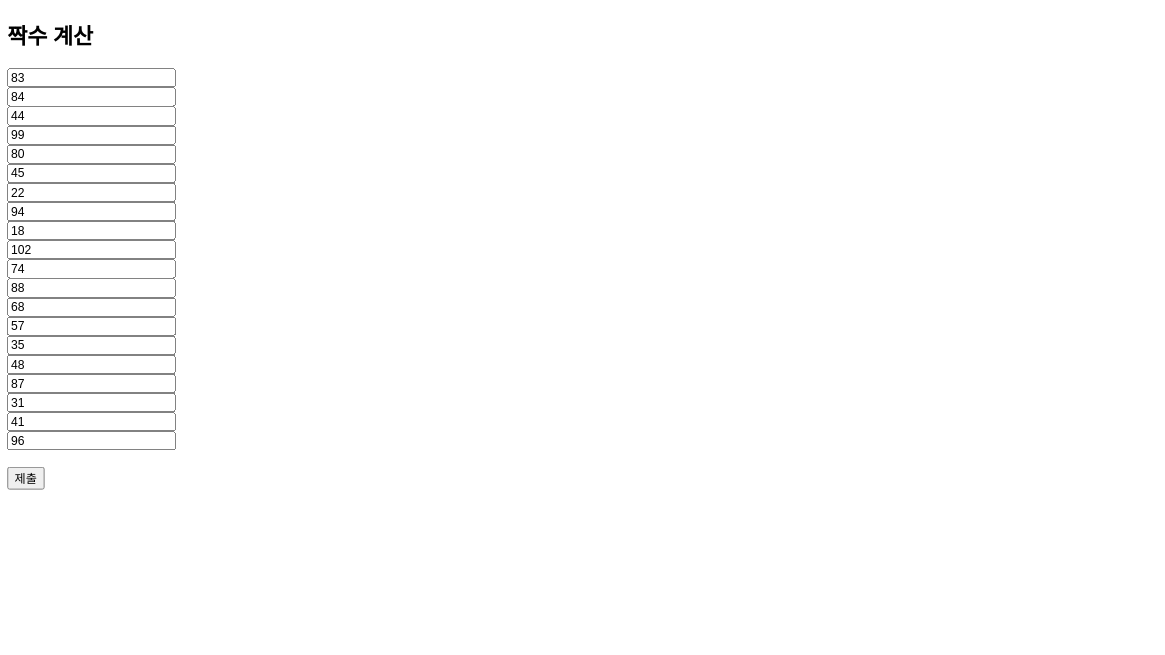
Repository: pshho/newJspProject
Page: http://localhost/JspProj/calc/calc.jsp
An editor plug-in stored every save of this project. The page is shown before and after the next save, followed by the edit.
The browser window is 1280 px wide. The pictures show the whole page, at 91% of full size.
The page is served by Tomcat 9.

Above is the page before, as saved 2023-07-27 07:36:27.

After the next save:
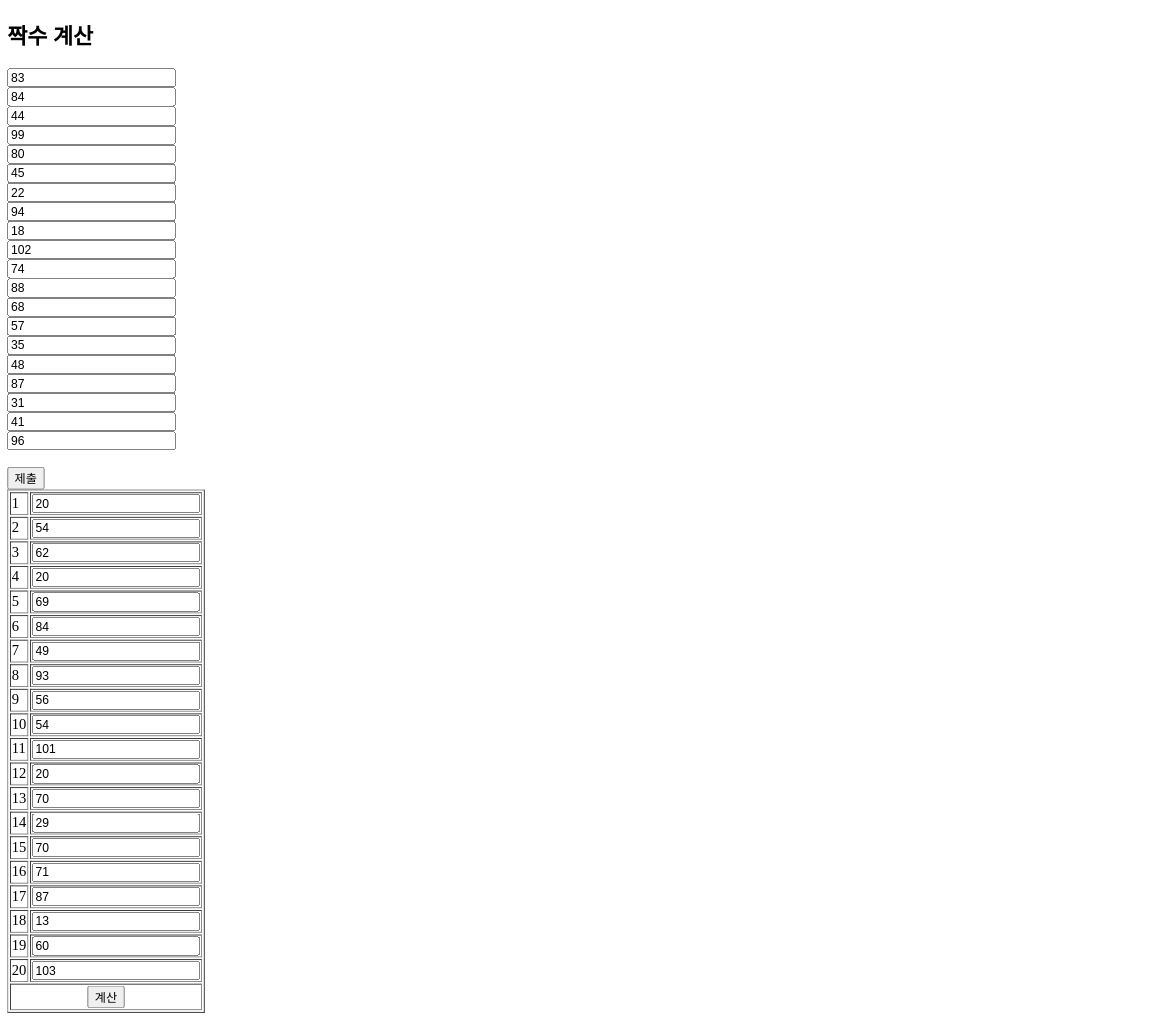
Saved 51 s later.
--- a/JspProj/src/main/webapp/calc/calc.jsp
+++ b/JspProj/src/main/webapp/calc/calc.jsp
@@ -17,7 +17,7 @@
 		<input type="submit" value="제출" />
 	</form>
 
-	<%-- <form action="./calcProcess.jsp">
+	<form action="./calcProcess.jsp">
 		<table border="">
 			<%
 				for(int i=0; i<20; i++){
@@ -35,6 +35,6 @@
 				</td>
 			</tr>
 		</table>
-	</form> --%>
+	</form>
 </body>
 </html>
